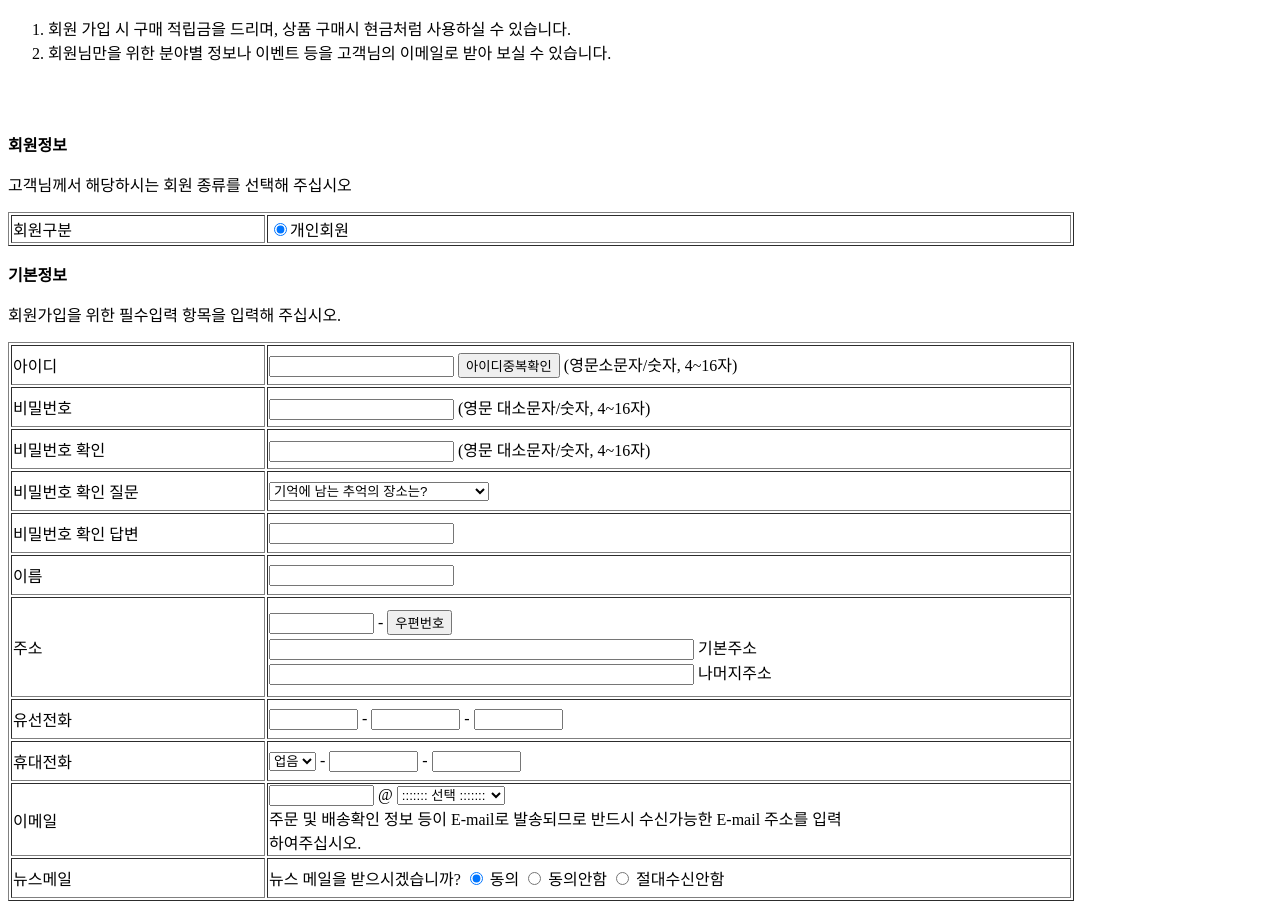
Repository: Leewonhoo/kostaweb
Page: Web_hello/WebContent/form.html
These files come from the project's save history. The page is drawn as it stood at one moment and after the next save; the edit follows.
The browser window is 1280 px wide. The pictures show the whole page.

Above is the page before, as saved 2017-09-08 07:20:44.

### Web_hello/WebContent/form.html
<!DOCTYPE html PUBLIC "-//W3C//DTD HTML 4.01 Transitional//EN" "http://www.w3.org/TR/html4/loose.dtd">
<html>
<head>
<meta http-equiv="Content-Type" content="text/html; charset=EUC-KR">
<title>Form 예제</title>
</head>
<body>
	<ol>
		<li>회원 가입 시 구매 적립금을 드리며, 상품 구매시 현금처럼 사용하실 수 있습니다.</li>
		<li>회원님만을 위한 분야별 정보나 이벤트 등을 고객님의 이메일로 받아 보실 수 있습니다.</li>
	</ol>
	<br><br>
	<p><b>회원정보</b></p>
	<p>고객님께서 해당하시는 회원 종류를 선택해 주십시오</p>
	<table border="1">
		<tr>
			<td width="250px">회원구분</td>
			<td width="800px">
				<input type="radio" value="개인회원" checked="checked">개인회원
			</td>
		</tr>
	</table>
	<p><b>기본정보</b></p>
	<p>회원가입을 위한 필수입력 항목을 입력해 주십시오.</p>
	<table border="1">
		<tr height="40px">
			<td width="250px">아이디</td>
			<td width="800px">
				<input type="text" size="20">
				<input type="button" value="아이디중복확인">
				(영문소문자/숫자, 4~16자)
			</td>
		</tr>
		<tr height="40px">
			<td width="250px">비밀번호</td>
			<td width="800px">
				<input type="password" size="20">
				(영문 대소문자/숫자, 4~16자)
			</td>
		</tr>
		<tr height="40px">
			<td width="250px">비밀번호 확인</td>
			<td width="800px">
				<input type="password" size="20">
				(영문 대소문자/숫자, 4~16자)
			</td>
		</tr>
		<tr height="40px">
			<td width="250px">비밀번호 확인 질문</td>
			<td width="800px">
				<select name="confirmQuestion">
					<option value="1">기억에 남는 추억의 장소는?</option>
					<option value="2">존경하는 인물은?</option>
					<option value="3">좋아하는 물건은?</option>
					<option value="4">좋아하는 글귀는?</option>
					<option value="5">하고싶지 않은일 할 때 하는 표정은?</option>
				</select>
			</td>
		</tr>
		<tr height="40px">
			<td width="250px">비밀번호 확인 답변</td>
			<td width="800px">
				<input type="text" size="20">
			</td>
		</tr>
		<tr height="40px">
			<td width="250px">이름</td>
			<td width="800px">
				<input type="text" size="20">
			</td>
		</tr>
		<tr height="100px">
			<td width="250px">주소</td>
			<td width="800px">
				<input type="text" size="10"> -
				<input type="button" value="우편번호"><br>
				<input type="text" size="50"> 기본주소<br>
				<input type="text" size="50"> 나머지주소
			</td>
		</tr>
		<tr height="40px">
			<td width="250px">유선전화</td>
			<td width="800px">
				<input type="text" size="8">
				- <input type="text" size="8">
				- <input type="text" size="8">
			</td>
		</tr>
		<tr height="40px">
			<td width="250px">휴대전화</td>
			<td width="800px">
				<select name="number">
					<option>업음</option>
					<option>010</option>
					<option>011</option>
					<option>070</option>
				</select>
				- <input type="text" size="8">
				- <input type="text" size="8">
			</td>
		</tr>
		<tr height="40px">
			<td width="250px">이메일</td>
			<td width="800px">
				<input type="text" size="10"> @
				<select name="domain">
					<option>::::::: 선택 :::::::</option>
					<option>chol.com</option>
					<option>daum.net</option>
					<option>dreamwiz.com</option>
					<option>empal.com</option>
					<option>gmail.com</option>
					<option>hanmail.net</option>
					<option>hanmir.com</option>
					<option>hanafos.com</option>
					<option>hotmail.com</option>
					<option>lycos.co.kr</option>
					<option>nate.com</option>
					<option>naver.com</option>
					<option>paran.com</option>
					<option>yahoo.co.kr</option>
					<option>직접입력</option>
				</select>
				<div>주문 및 배송확인 정보 등이 E-mail로 발송되므로 반드시 수신가능한 E-mail 주소를 입력<br>
				하여주십시오.</div>
			</td>
		</tr>
		<tr height="40px">
			<td width="250px">뉴스메일</td>
			<td width="800px">
				뉴스 메일을 받으시겠습니까?
				<input type="radio" name="mailcheck" value="동의" checked="checked"> 동의
				<input type="radio" name="mailcheck" value="동의안함"> 동의안함
				<input type="radio" name="mailcheck" value="절대수신안함"> 절대수신안함
			</td>
		</tr>
	</table>
</body>
</html>

After the next save:
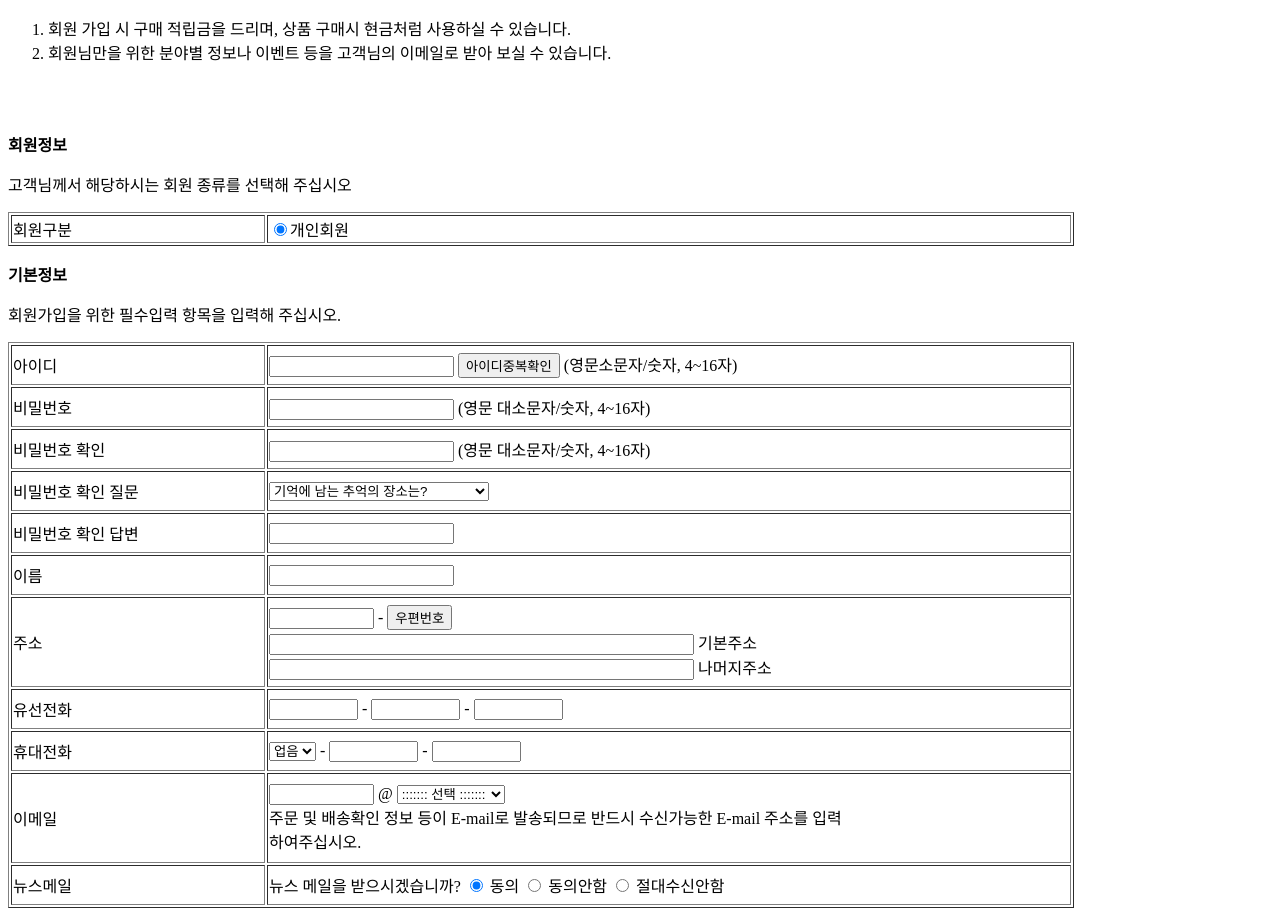
Saved 16 s later.
--- a/Web_hello/WebContent/form.html
+++ b/Web_hello/WebContent/form.html
@@ -69,7 +69,7 @@
 				<input type="text" size="20">
 			</td>
 		</tr>
-		<tr height="100px">
+		<tr height="90px">
 			<td width="250px">주소</td>
 			<td width="800px">
 				<input type="text" size="10"> -
@@ -99,7 +99,7 @@
 				- <input type="text" size="8">
 			</td>
 		</tr>
-		<tr height="40px">
+		<tr height="90px">
 			<td width="250px">이메일</td>
 			<td width="800px">
 				<input type="text" size="10"> @
